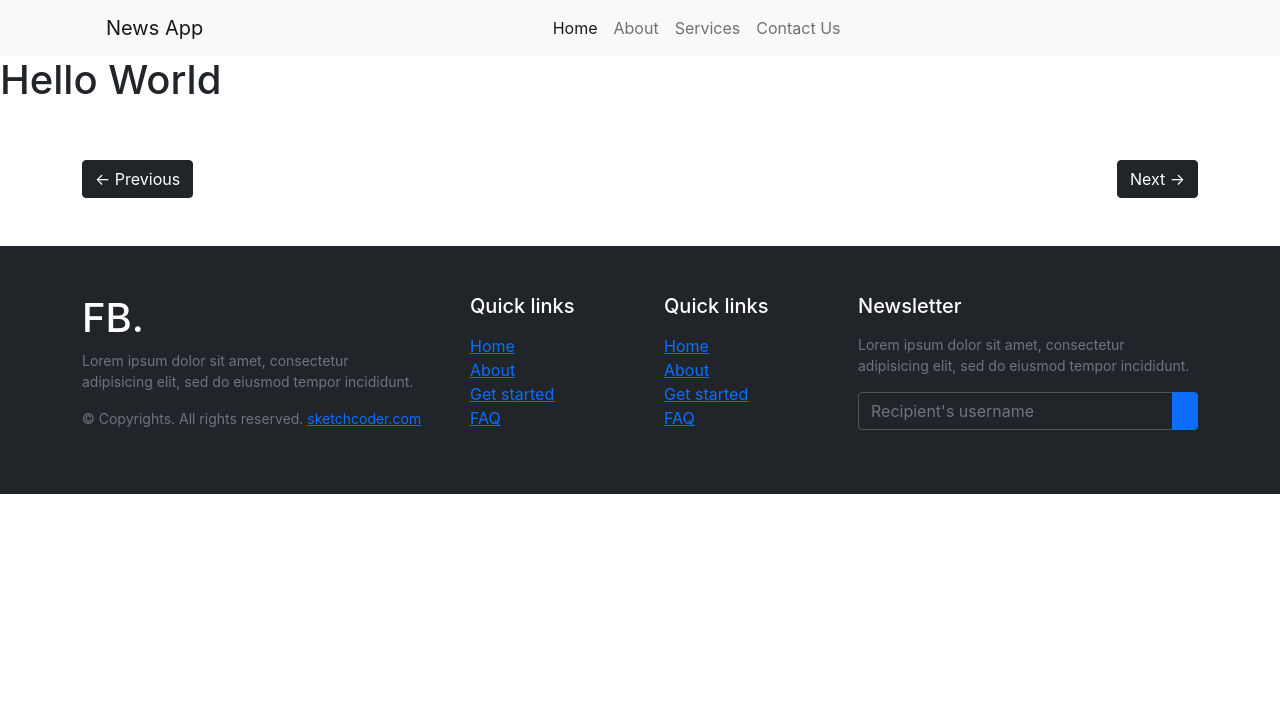
Repository: ZainAkbar51214/News-Site
Page: /
The author's editor kept a copy of each file at every save. The page is drawn from the files as they stood at one save, then again after the next save.
The browser window is 1280 px wide. The pictures show the whole page.
The page's requests for data from a server got no answer. The project was rebuilt for these pictures with package versions that can differ from the ones it lists, and the page was loaded fresh each time. A package was used in the major version that the imports need, not the one package.json lists. No one was signed in, and anything a server would have sent is missing. Also part of the build but not shown: src/Components/pages/About.jsx, src/Components/Layouts/NewsItem.js.

Above is the page before, as saved 2023-12-18 00:03:45.

After the next save:
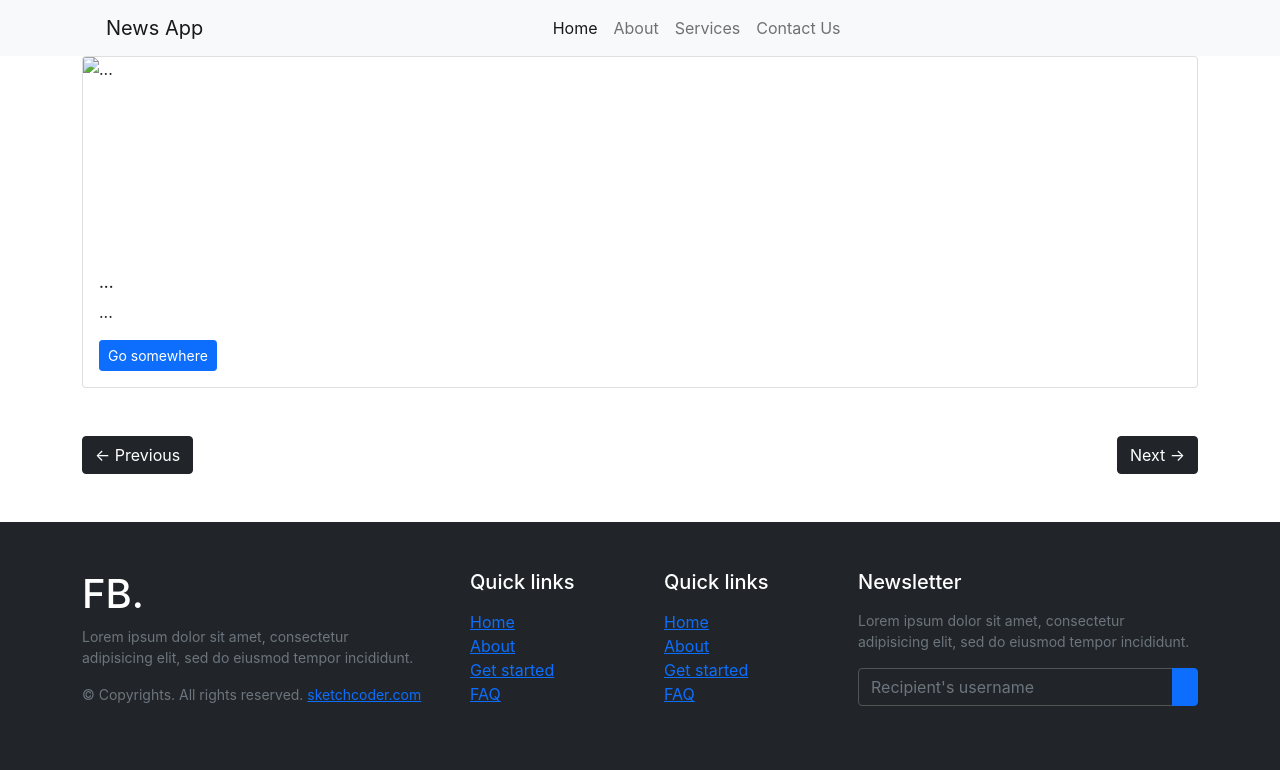
Saved 11 s later.
--- a/src/Components/pages/Home.jsx
+++ b/src/Components/pages/Home.jsx
@@ -1,10 +1,26 @@
 import React, { Component } from 'react';
+import { Link } from 'react-router-dom';
+import '../../App.css';
 
 class Home extends Component {
     render() {
+        let {title,  description, imageUrl, newsUrl} = this.props;
         return (
-            <div>
-                <h1>Hello World</h1>
+            <div className='container-fluid'>
+                <div className='container'>
+                    <div className='row'>
+                        <div className='col-lg-12'>
+                            <div className="card" style={{width: '100%'}}>
+                                <img src={imageUrl} className="card-img-top" style={{width: '100%', height: '200px', objectFit: 'cover'}} alt="..." />
+                                <div className="card-body">
+                                    <h6 className="card-title">{title}...</h6>
+                                    <p className="card-text"> {description}... </p>
+                                    <Link to={newsUrl} className="btn btn-sm btn-primary">Go somewhere</Link>
+                                </div>
+                            </div>
+                        </div>
+                    </div>
+                </div>
             </div>
         );
     }
